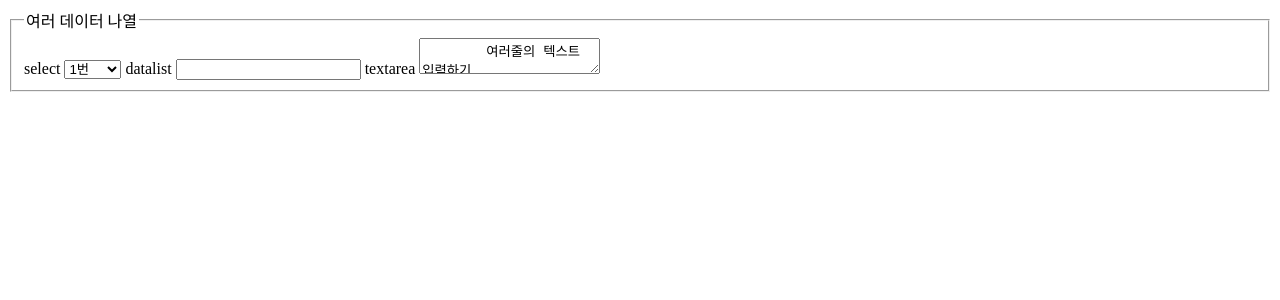
Repository: yeonddu/green_css
Page: web/pro01/songyeonsu/select.html
The author's editor kept a copy of each file at every save. The page is drawn from the files as they stood at one save, then again after the next save.
The browser window is 1280 px wide. The pictures show the whole page.

Above is the page before, as saved 2022-12-13 06:59:38.

### web/pro01/songyeonsu/select.html
<!DOCTYPE html>
<html lang="ko">
<head>
<meta charset="utf-8">
<title>Insert title here</title>
</head>
<body>
<form>
<fieldset>
	<legend>여러 데이터 나열</legend>
		<label for="select">select</label>
		<select id="select">
			<optgroup label="1~3">
				<option value="1">1번</option>
				<option value="2">2번</option>
				<option value="3">3번</option>
			</optgroup>
			<optgroup label="4~6">
				<option value="4">4번</option>
				<option value="5">5번</option>
				<option value="6">6번</option>
			</optgroup>
		</select>

		<label for="datalist">datalist</label>
		<input type="text" id="datalist" list="choices">
		<datalist id="choices">
			<option value="1" label="1번"></option>
			<option value="2" label="2번"></option>
		</datalist>

		<label>textarea</label>
		<textarea>
	여러줄의 텍스트 입력하기
	여러줄의 텍스트 입력하기
	여러줄의 텍스트 입력하기
		</textarea>
</fieldset>
</form>

</body>
</html>

After the next save:
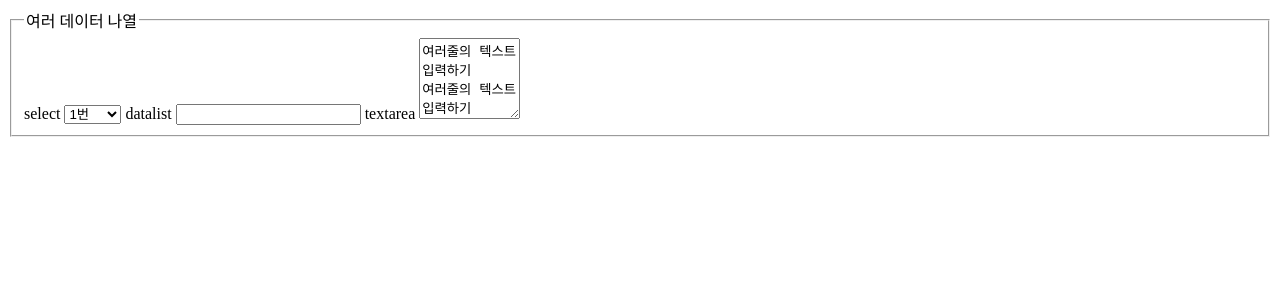
Saved 55 s later.
--- a/web/pro01/songyeonsu/select.html
+++ b/web/pro01/songyeonsu/select.html
@@ -30,10 +30,10 @@
 		</datalist>
 
 		<label>textarea</label>
-		<textarea>
-	여러줄의 텍스트 입력하기
-	여러줄의 텍스트 입력하기
-	여러줄의 텍스트 입력하기
+		<textarea name="이름지정" cols="10" rows="5">
+여러줄의 텍스트 입력하기
+여러줄의 텍스트 입력하기
+여러줄의 텍스트 입력하기
 		</textarea>
 </fieldset>
 </form>
